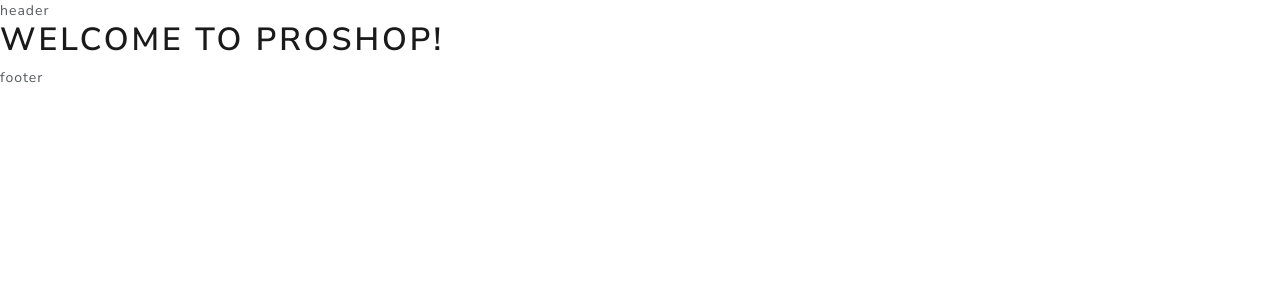
Repository: Lithium87/proshop
Page: / (app in frontend/)
The author's editor kept a copy of each file at every save. The page is drawn from the files as they stood at one save, then again after the next save.
The browser window is 1280 px wide. The pictures show the whole page.
The project was rebuilt for these pictures with package versions that can differ from the ones it lists, and the page was loaded fresh each time. Also part of the build but not shown: frontend/src/index.css.

Above is the page before, as saved 2021-09-08 21:41:23.

### frontend/public/index.html
<!DOCTYPE html>
<html lang="en">

<head>
    <meta charset="utf-8" />
    <link rel="icon" href="%PUBLIC_URL%/favicon.ico" />
    <meta name="viewport" content="width=device-width, initial-scale=1" />
    <meta name="theme-color" content="#000000" />
    <meta name="description" content="Find the best products for the cheapest prices" />
    <link rel="apple-touch-icon" href="%PUBLIC_URL%/logo192.png" />
    <link rel="manifest" href="%PUBLIC_URL%/manifest.json" />

    <title>Welcome to ProShop</title>
</head>

<body>
    <noscript>You need to enable JavaScript to run this app.</noscript>
    <div id="root"></div>
</body>

</html>

### frontend/src/App.js
import React from 'react';
import Header from './components/Header';
import Footer from './components/Footer';

const App = () => {
  return (
    <>
      <Header />
      <main>
        <h1>Welcome to ProShop!</h1>
      </main>
      <Footer />
    </>
  );
}

export default App;

### frontend/src/components/Header.js
import React from 'react'

const Header = () => {
    return (
        <header>
            header
        </header>
    )
}

export default Header

### frontend/src/components/Footer.js
import React from 'react'

const Footer = () => {
    return (
        <footer>
            footer
        </footer>
    )
}

export default Footer

Loaded but not shown: frontend/src/index.js (common file); frontend/src/bootstrap.min.css (library); frontend/src/reportWebVitals.js (common file)

After the next save:
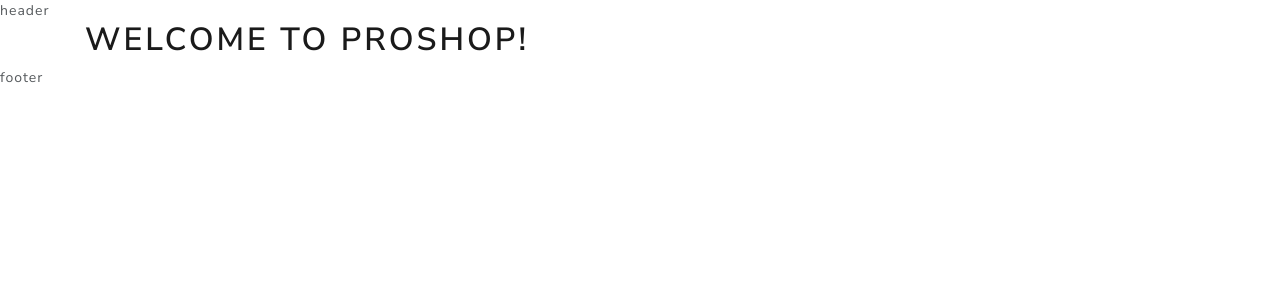
Saved 3 min 24 s later.
--- a/frontend/src/App.js
+++ b/frontend/src/App.js
@@ -1,4 +1,5 @@
 import React from 'react';
+import {Container} from 'react-bootstrap';
 import Header from './components/Header';
 import Footer from './components/Footer';
 
@@ -7,7 +8,9 @@
     <>
       <Header />
       <main>
-        <h1>Welcome to ProShop!</h1>
+        <Container>
+          <h1>Welcome to ProShop!</h1>
+        </Container>
       </main>
       <Footer />
     </>
